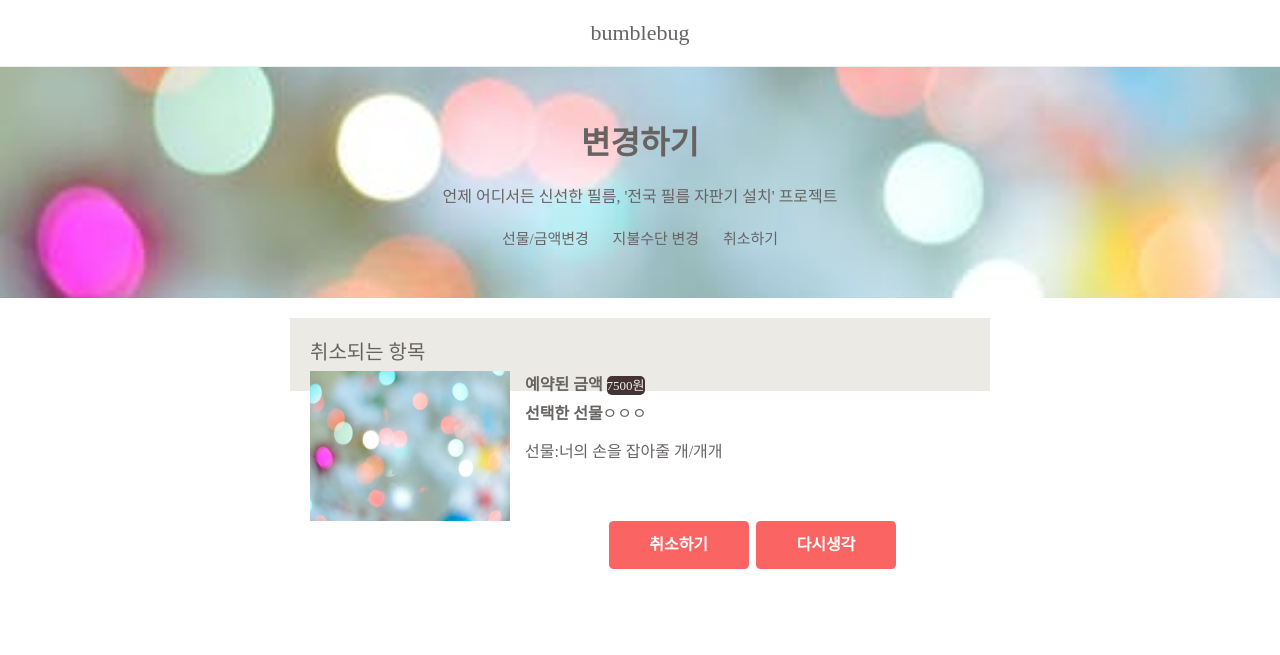
Repository: fepanbr/bumblbug
Page: http://localhost/WebProject/Mypage/changeItem_cancel.jsp
The author's editor kept a copy of each file at every save. The page is drawn from the files as they stood at one save, then again after the next save.
The browser window is 1280 px wide. The pictures show the whole page.
The page is served by Tomcat 9.

Above is the page before, as saved 2019-06-01 12:29:31.

After the next save:
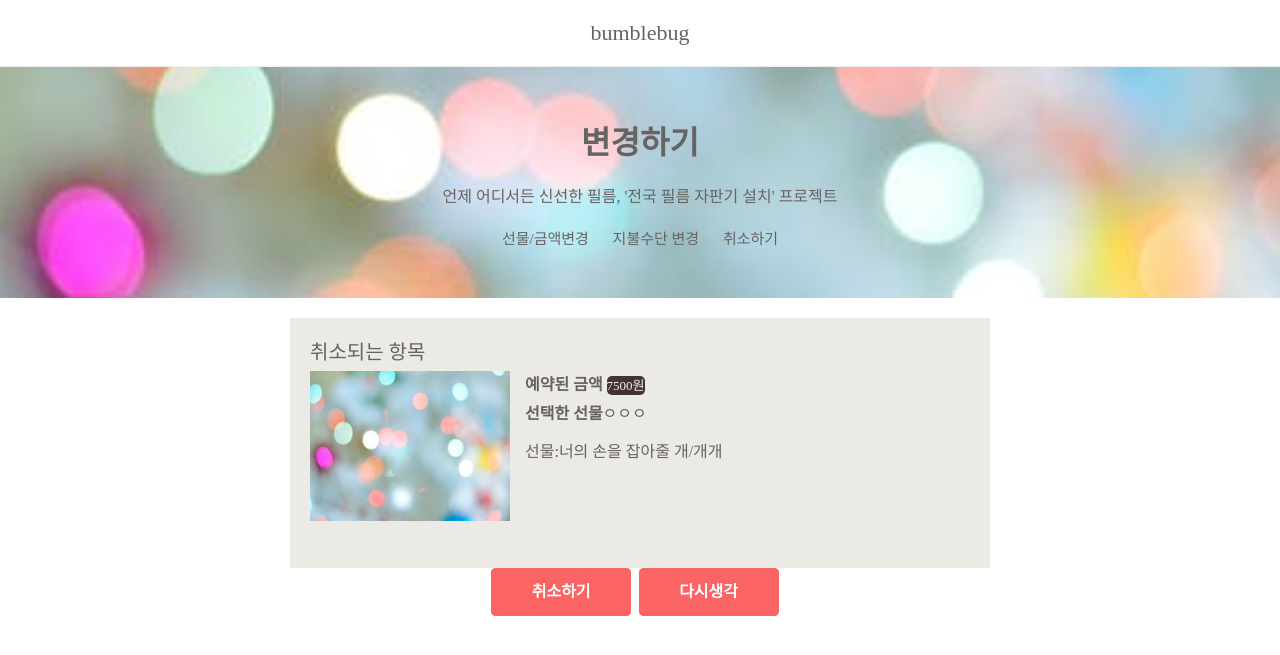
Saved 102 s later.
--- a/WebProject/WebContent/Mypage/changeItem_cancel.jsp
+++ b/WebProject/WebContent/Mypage/changeItem_cancel.jsp
@@ -97,7 +97,7 @@
             position: relative;
             background-color: #ebeae5;
             padding: 20px;
-            height: 40%;
+            height: 250px;
 
         }
 
